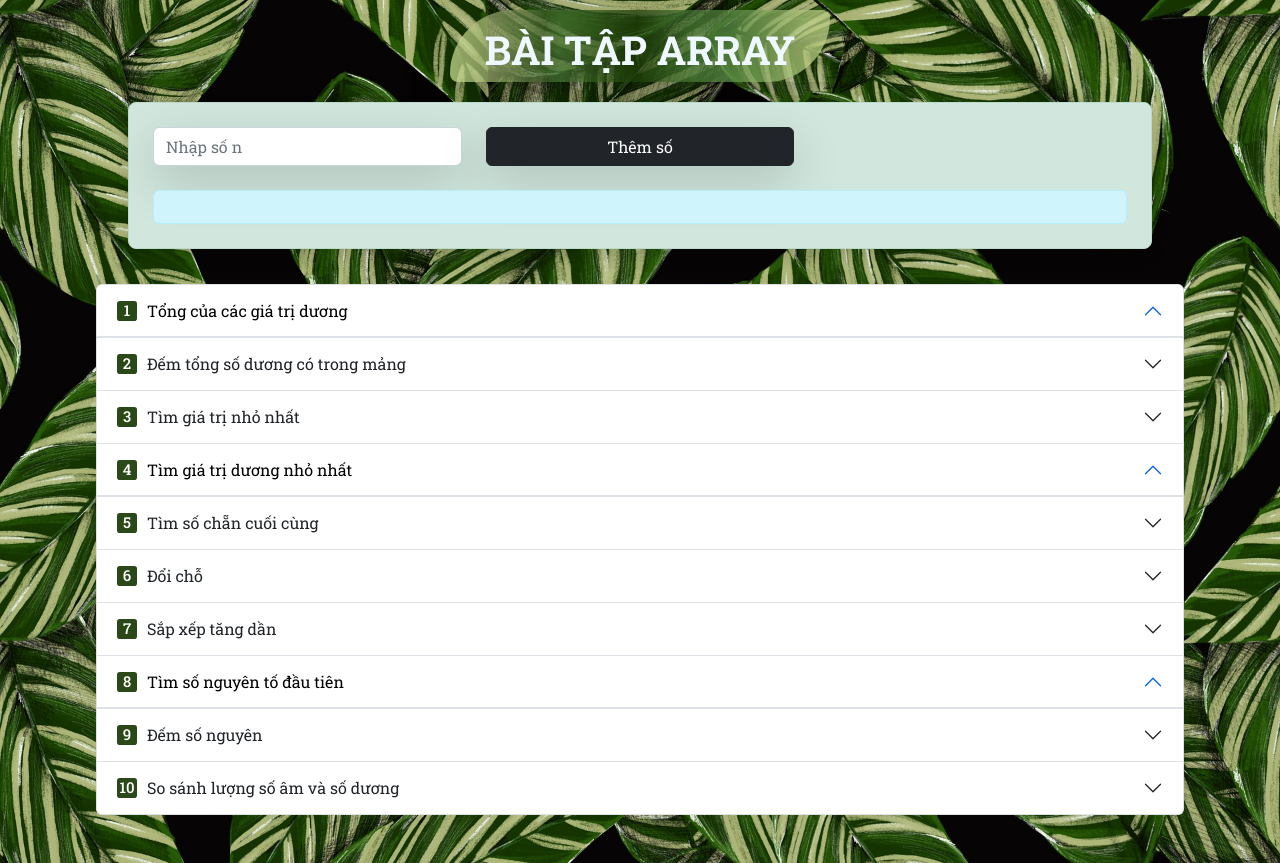
Repository: hcozyph/TranHuuPhuoc_BC43_BT_JS_Buoi7_8_ARRAY
Page: index.html
An editor plug-in stored every save of this project. The page is shown before and after the next save, followed by the edit.
The browser window is 1280 px wide. The pictures show the whole page.
Backgrounds fixed to the window are drawn as part of the page.

Above is the page before, as saved 2023-02-26 13:40:16.

After the next save:
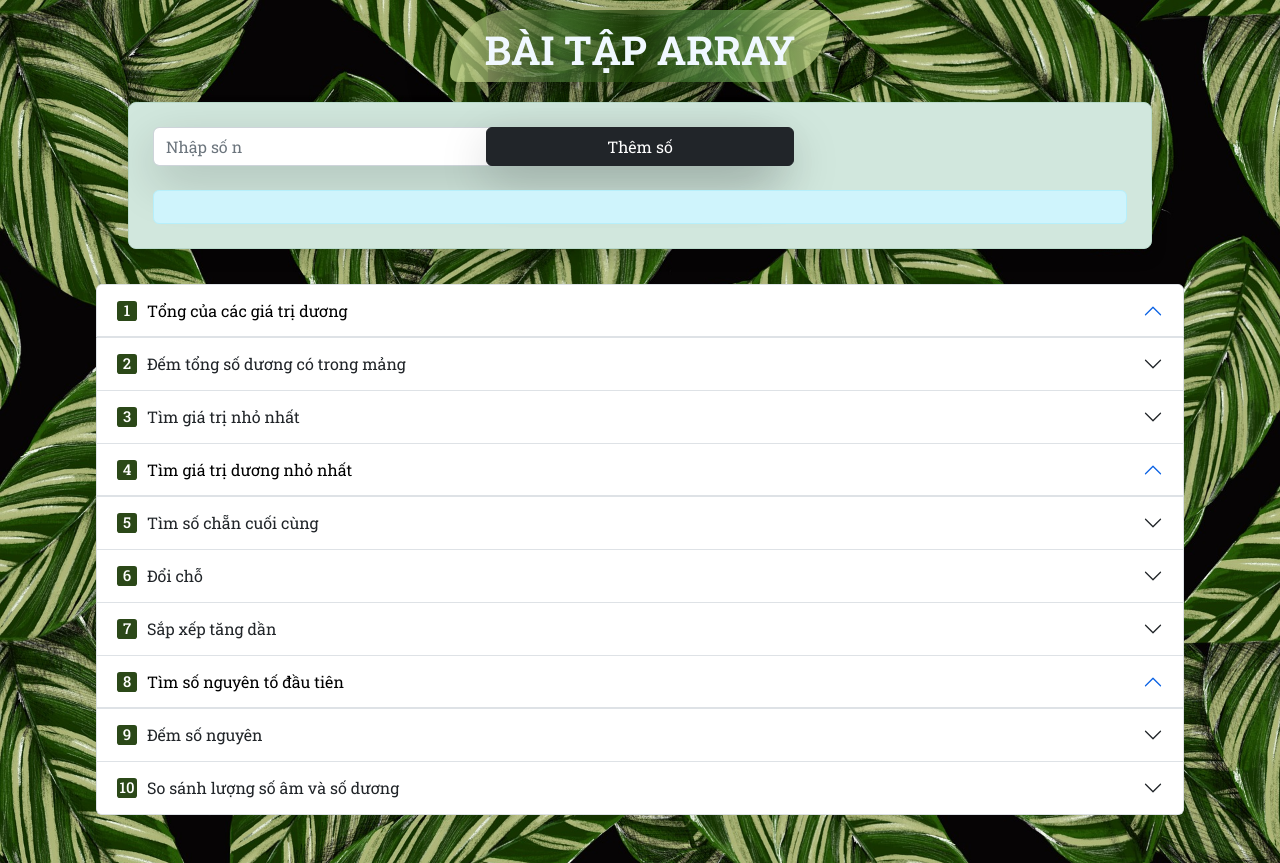
Saved 50 s later.
--- a/css/index.css
+++ b/css/index.css
@@ -113,4 +113,8 @@
     .btnCustom {
         width: 250px;
     }
+
+    #user-input {
+        width: 200%;
+    }
 }
